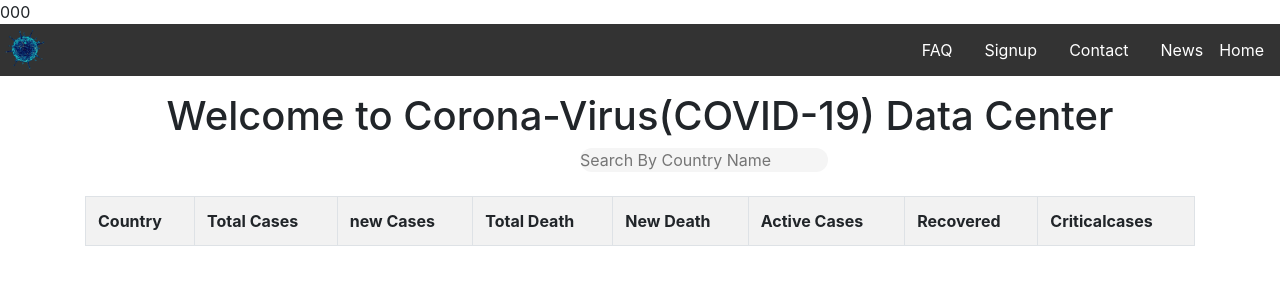
Repository: xthashankar/COVID-19-data-
Page: index.html
An editor plug-in stored every save of this project. The page is shown before and after the next save, followed by the edit.
The browser window is 1280 px wide. The pictures show the whole page.
The page's requests for data from a server got no answer.

Above is the page before, as saved 2020-04-15 18:43:57.

### index.html
<!DOCTYPE html>
<html lang="en">
<head>
    <meta charset="UTF-8">
    <meta name="viewport" content="width=device-width, initial-scale=1.0">
    <link rel="stylesheet" href="https://maxcdn.bootstrapcdn.com/bootstrap/4.4.1/css/bootstrap.min.css">
     <script src="https://ajax.googleapis.com/ajax/libs/jquery/3.4.1/jquery.min.js"></script>
     <script src="https://cdnjs.cloudflare.com/ajax/libs/popper.js/1.16.0/umd/popper.min.js"></script>
    <script src="https://maxcdn.bootstrapcdn.com/bootstrap/4.4.1/js/bootstrap.min.js"></script>
    <link rel="stylesheet" href="css/styles.css">
    <title>Document</title>
</head>
<body>000
    <ul>
        <ul>
            <img src="image/coronavirus.png">
            <li><a class="nav" href="#">Home</a></li>
            <li><a href="#">News</a></li>
            <li><a href="#">Contact</a></li>
            <li><a href="#">Signup</a></li>
            <div class="dropdown">
                <button class="dropbtn">FAQ
                </button>
                <div class="dropdown-content">
                  <a href="qa.html">English</a>
                  <a href="nqa.html">Nepali</a>
                </div>

        </ul>
    </ul>

    <h1>Welcome to Corona-Virus(COVID-19) Data Center</h1>
    <input type="text" name="filter" id="search" placeholder="Search By Country Name" onkeyup="search()">
    <div class="container">

        <br>
        <table class="table table-bordered  table-striped">
            <thread>
                <tr>
                    <th>Country</th>
                    <th>Total Cases</th>
                    <th>new Cases</th>
                    <th>Total Death</th>
                    <th>New Death</th>
                    <th>Active Cases</th>
                    <th>Recovered</th>
                    <th>Criticalcases</th>
            </tr>
            </thread>
            <tbody  id="coranavirus">
            </tbody>
        </table>
    </div>
</body>
<script src="javascript/main.js"></script>
</html>

### css/styles.css
/*
body {
	font-family: 'Roboto', sans-serif;
	background-color: #eae7d9;
	margin: 0;
	padding: 0;
} */
*{
  padding: 0;
  margin: 0;
}
ul{
    list-style-type:none;
    overflow: hidden;
    background-color:#333;
}
li{
   float:right;
}
li a{

    display: block;
    color:white;
    text-align: center;
    padding: 14px 16px;
    text-decoration: none;
}
li a:hover{
    background-color: #111;
}
h1{
    text-align: center;
}
#search{

    border-radius: 10px;
    margin:5 auto;
    border-radius: 10px;
    margin-left: 580px;
    border: none;
    border-radius: 15px;
    background-color:whitesmoke;
}
img{
    width:50px;
    height:50px;
}

.navbar {
    overflow: hidden;
    background-color: #333;
  }

  .navbar a {
    float: left;
    font-size: 16px;
    color: white;
    text-align: center;
    padding: 14px 16px;
    text-decoration: none;
  }

  .dropdown {
    float: right;
    overflow: hidden;
  }

  .dropdown .dropbtn {
    font-size: 16px;
    border: none;
    outline: none;
    color: white;
    padding: 14px 16px;
    background-color: inherit;
    font-family: inherit;
    margin: 0;
  }

  .navbar a:hover, .dropdown:hover .dropbtn {
    background-color: red;
  }

  .dropdown-content {
    display: none;
    position: absolute;
    background-color: #f9f9f9;
    min-width: 160px;
    box-shadow: 0px 8px 16px 0px rgba(0,0,0,0.2);
    z-index: 1;
  }

  .dropdown-content a {
    float: none;
    color: black;
    padding: 12px 16px;
    text-decoration: none;
    display: block;
    text-align: left;
  }

  .dropdown-content a:hover {
    background-color: #ddd;
  }

  .dropdown:hover .dropdown-content {
    display: block;
  }
  h5{

    text-align: center;
  }

### javascript/main.js
// let who='';
let URL='https://nepalcorona.info/api/v1/data/world'
fetch(URL)
.then(function(response){
   return response.json()
}).then(function(covid){
//    console.log(covid);
       if(covid.length>0)
       {
           var coviddata='';
           covid.forEach(function(data){
            // coviddata +="<tr>";
            if(data.country!="")
            {
            coviddata +="<tr><td>"+data.country+"</td>";
            coviddata +="<td>"+data.totalCases+"</td>";
            coviddata +="<td>"+data.newCases+"</td>";
            coviddata +="<td>"+data.totalDeaths+"</td>";
            coviddata +="<td>"+data.newDeaths+"</td>";
            coviddata +="<td>"+data.activeCases+"</td>";
            coviddata +="<td>"+data.totalRecovered+"</td>";
            coviddata +="<td>"+data.criticalCases+"</td></tr>";
            console.log(coviddata);
            }
            document.getElementById('coranavirus').innerHTML=coviddata;
           })
       }
   })
   //for search
function search(){
    let filter=document.getElementById("search").value.toUpperCase();
    let table=document.getElementById("coranavirus");
    let tr=table.getElementsByTagName("tr");
    for(let i=0;i<tr.length;i++)
    {
     let td=tr[i].getElementsByTagName("td")[0];
        if(td)
        {
         let txtValue=td.textContent||td.innerText;
         if(txtValue.toUpperCase().indexOf(filter)>-1)
            {
            tr[i].style.display="";
            }else
            {
            tr[i].style.display="none";
            }
        }
    }
}

After the next save:
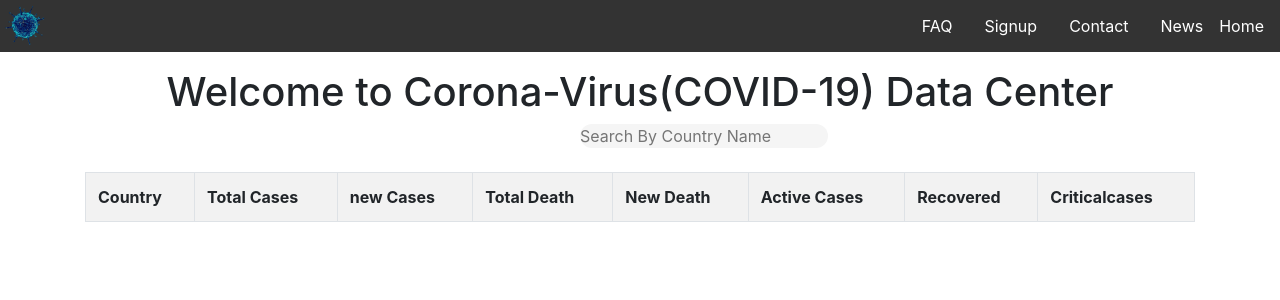
Saved 25 s later.
--- a/index.html
+++ b/index.html
@@ -10,7 +10,7 @@
     <link rel="stylesheet" href="css/styles.css">
     <title>Document</title>
 </head>
-<body>000
+<body>
     <ul>
         <ul>
             <img src="image/coronavirus.png">
